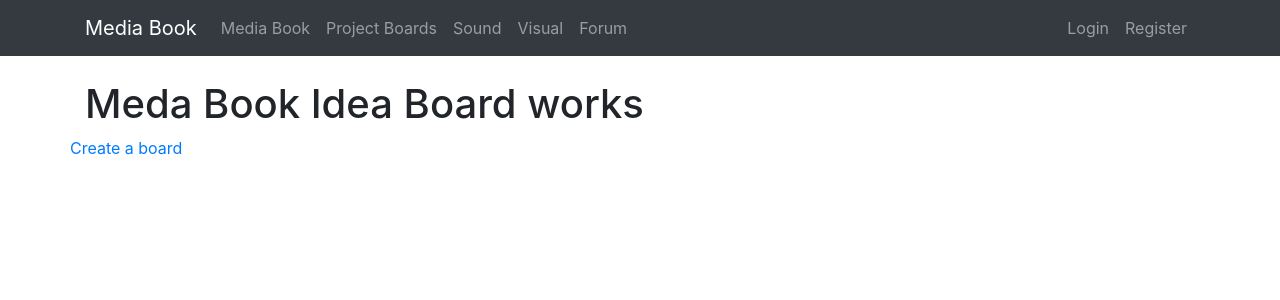
Repository: NateClarkTech/Software-Engineering-3
Page: IdeaBoards/templates/ideaboard.html
The author's editor kept a copy of each file at every save. The page is drawn from the files as they stood at one save, then again after the next save.
The browser window is 1280 px wide. The pictures show the whole page.
Some web libraries are served in a nearby version. The template is drawn by Django 5.2. The application's start-up code is not run. The template is opened directly, without the code that normally fills it, so the values that code supplies are empty.

Above is the page before, as saved 2024-04-09 11:06:19.

After the next save:
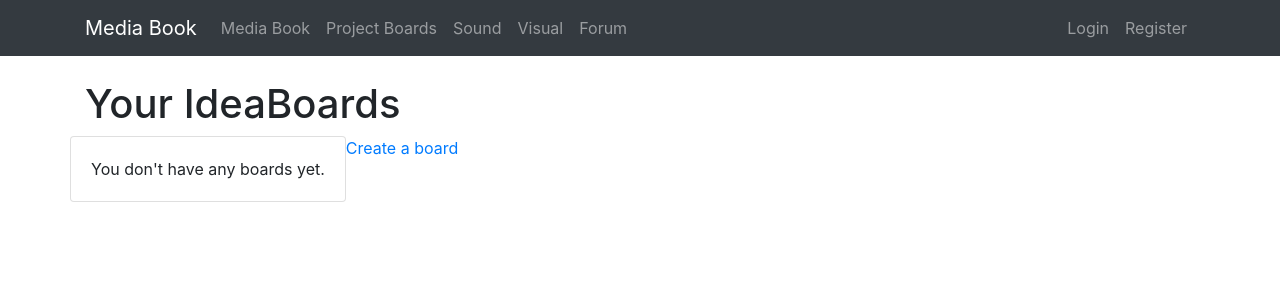
Saved 88 s later.
--- a/IdeaBoards/templates/ideaboard.html
+++ b/IdeaBoards/templates/ideaboard.html
@@ -3,7 +3,7 @@
 {% block title %}Boards - MedaBook{% endblock %}
 
 {% block content %}
-    <h1>Meda Book Idea Board works</h1>
+    <h1>Your IdeaBoards</h1>
     <div class="row">
         {% if boards %}
             {% for board in boards %}
@@ -17,8 +17,13 @@
             </a>
             {% endfor %}
         {% else %}
-            <p><a href="createboard/">Create a board</a></p>
+            <div class='card'>
+                <div class='card-body'>
+                    <p class='card-text'>You don't have any boards yet.</p>
+                </div>
+            </div>
         {% endif %}
+        <p><a href="createboard/">Create a board</a></p>
     </div>
 
 {% endblock %}
